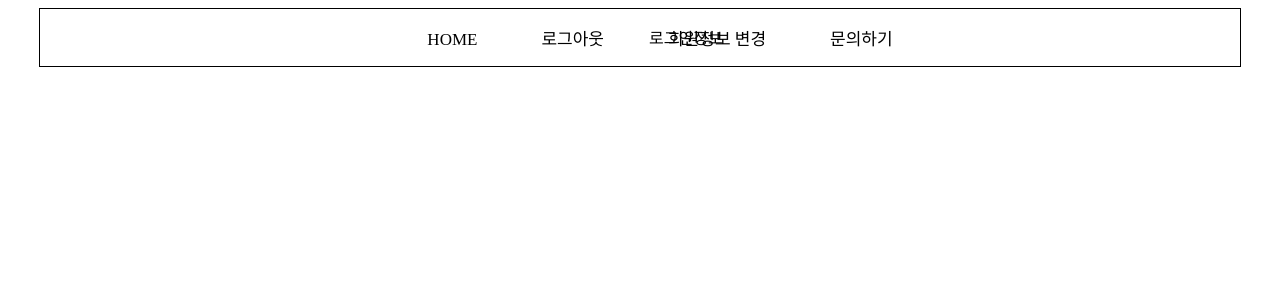
Repository: ceooyh/JSP
Page: http://localhost/memberProject/template/header2.jsp
The author's editor kept a copy of each file at every save. The page is drawn from the files as they stood at one save, then again after the next save.
The browser window is 1280 px wide. The pictures show the whole page.
The page is served by Tomcat 9. Other server files are loaded and not shown.

Above is the page before, as saved 2020-12-30 07:51:10.

### memberProject/WebContent/template/header2.jsp
<%@ page language="java" contentType="text/html; charset=UTF-8"
    pageEncoding="UTF-8"%>
<style>
	nav {
		width:1200px;
		margin:0 auto;/* 가운데 정렬  */
		border:1px solid black;
		text-align: center;
	}
	ul{
		list-style-type: none;
		height: auto;
		display: inline-block;
		position: relative;
	}
	li{
		display: inline-block;
	}
	#menu_bar a:link,#menu_bar a:visited {
		color:black;
		text-decoration: none;
		font-size: 17px;
		text-align: center;
		padding: 20px 30px;
	}
	ul>li:last-child {
		position: absolute;
		right: 200px;
	}
</style>
<nav id="menu_bar">
	<ul>
		<li><a href="main.jsp">HOME</a></li>
		<li><a href="logout.jsp">로그아웃</a></li>
		<li><a href="#">회원정보 변경</a></li>
		<li><a href="#">문의하기</a></li>
		<li>로그인정보</li>
	</ul>
</nav>

After the next save:
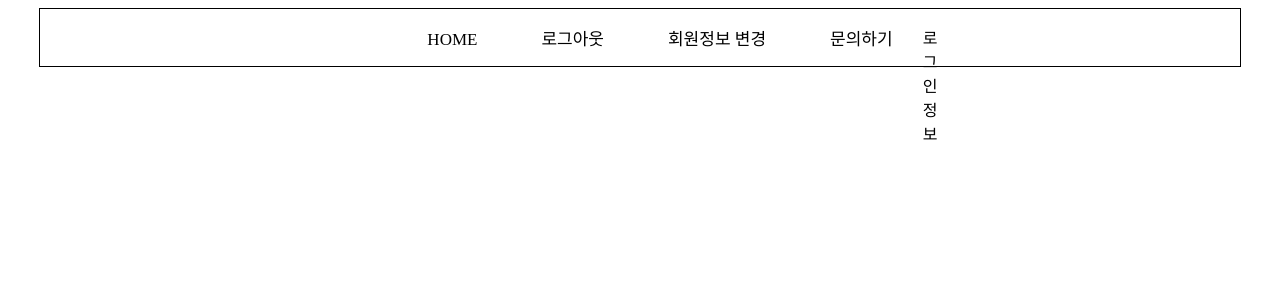
Saved 5 s later.
--- a/memberProject/WebContent/template/header2.jsp
+++ b/memberProject/WebContent/template/header2.jsp
@@ -25,7 +25,6 @@
 	}
 	ul>li:last-child {
 		position: absolute;
-		right: 200px;
 	}
 </style>
 <nav id="menu_bar">
